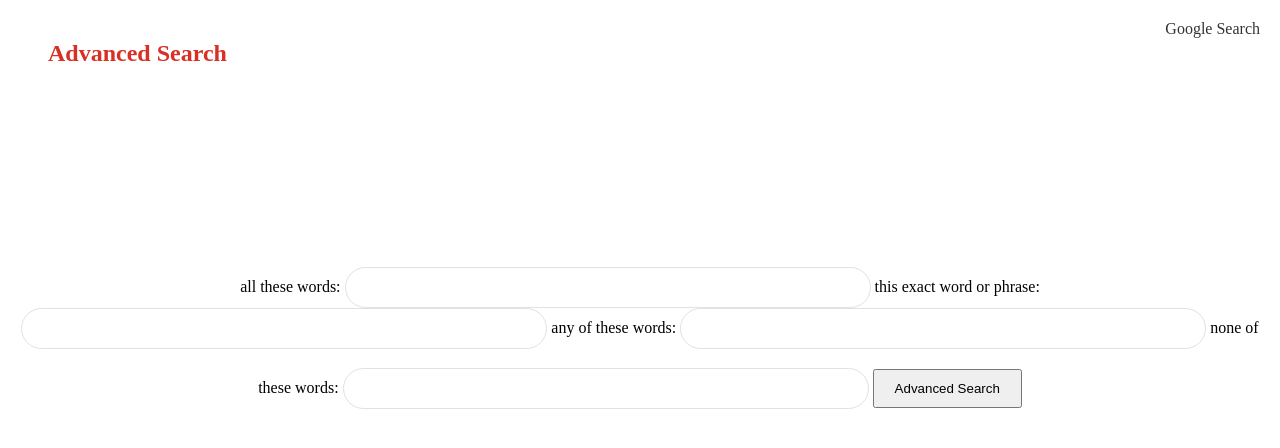
Repository: Saba-shahzadi2/CS50W-Project0-Search
Page: search/advanced.html
These files come from the project's save history. The page is drawn as it stood at one moment and after the next save; the edit follows.
The browser window is 1280 px wide. The pictures show the whole page.

Above is the page before, as saved 2026-08-13 13:02:57.

### search/advanced.html
<!doctype html>
<html lang="en">
  <head>
    <title>Advanced Search</title>
    <link rel="stylesheet" href="styles.css" />
  </head>

  <body>
    <div class="top-links">
      <a href="index.html">Google Search</a>
    </div>

    <h2>Advanced Search</h2>

    <form action="https://www.google.com/search">
      <label>all these words:</label>
      <input type="text" name="as_q" />

      <label>this exact word or phrase:</label>
      <input type="text" name="as_epq" />

      <label>any of these words:</label>
      <input type="text" name="as_oq" />

      <label>none of these words:</label>
      <input type="text" name="as_eq" />

      <input type="submit" value="Advanced Search" />
    </form>
  </body>
</html>

### search/styles.css
form {
  text-align: center;
  margin-top: 200px;
}
input[type="text"] {
  width: 500px;
  padding: 12px;
  border: 1px solid #dfe1e5;
  border-radius: 24px;
}
input[type="submit"] {
  margin-top: 20px;
  padding: 10px 20px;
}
.top-links {
  position: absolute;
  top: 20px;
  right: 20px;
}
.top-links a {
  margin-left: 15px;
  text-decoration: none;
  color: #333;
}
.top-links a:hover {
  text-decoration: underline;
}

/* Advanced search  */

h2 {
  color: #d93025;
  margin: 40px;
}

.advanced-form {
  margin: 40px;
  text-align: left;
}

.advanced-form label {
  display: block;
  margin-top: 15px;
  margin-bottom: 5px;
}

.advanced-form input[type="text"] {
  width: 500px;
  padding: 8px;
  border: 1px solid #d9d9d9;
  border-radius: 2px;
}

.advanced-form input[type="submit"] {
  margin-top: 20px;
  background-color: #4d90fe;
  color: white;
  border: 1px solid #3079ed;
  padding: 8px 15px;
}

After the next save:
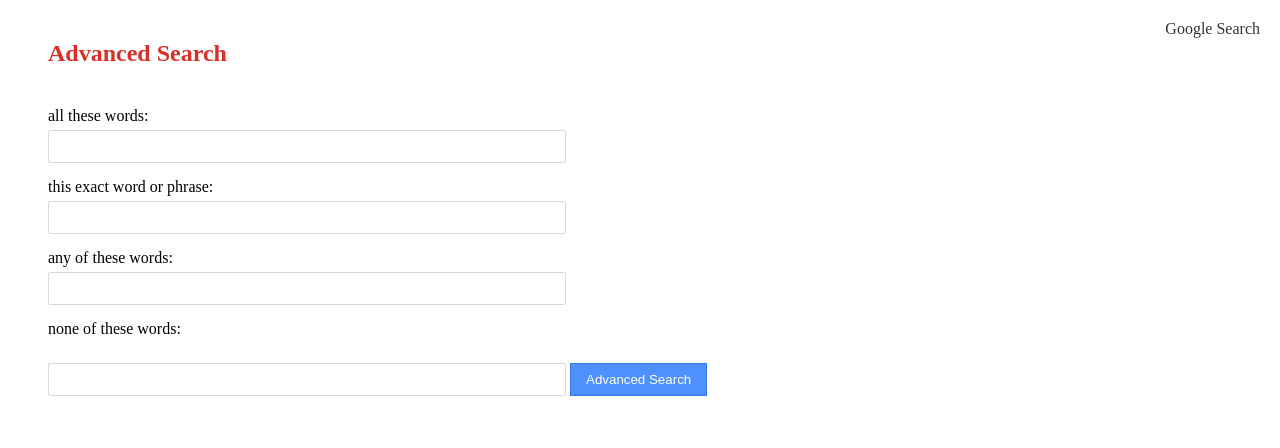
Saved 70 s later.
--- a/search/advanced.html
+++ b/search/advanced.html
@@ -12,7 +12,7 @@
 
     <h2>Advanced Search</h2>
 
-    <form action="https://www.google.com/search">
+    <form class="advanced-form" action="https://www.google.com/search">
       <label>all these words:</label>
       <input type="text" name="as_q" />
 
